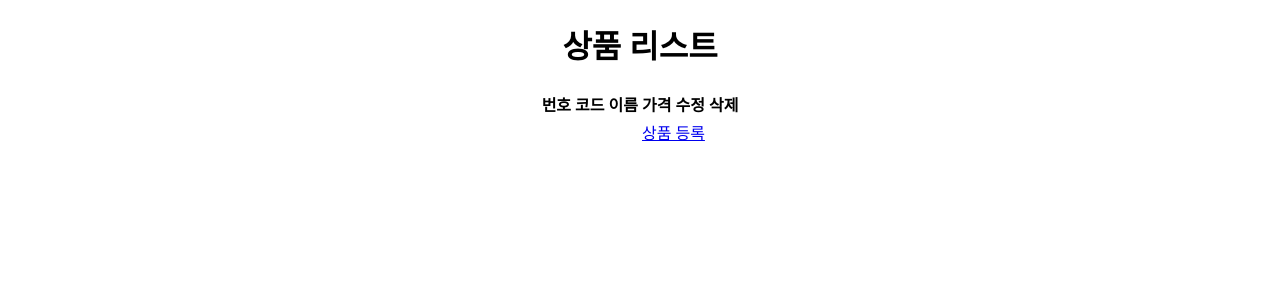
Repository: ghlcjf/home
Page: http://localhost/shoppingadmin/productList
The author's editor kept a copy of each file at every save. The page is drawn from the files as they stood at one save, then again after the next save.
The browser window is 1280 px wide. The pictures show the whole page.
The page is served by Tomcat 9. Queries for data that is not in the repository find no rows.

Above is the page before, as saved 2022-12-05 14:11:36.

After the next save:
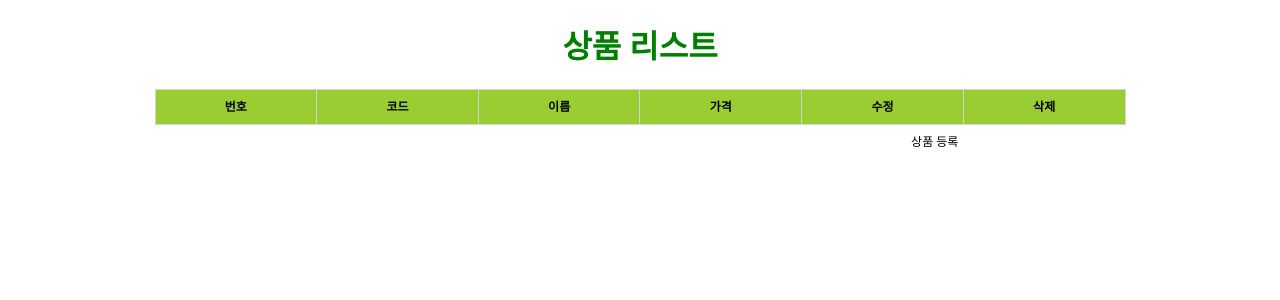
Saved 67 s later.
--- a/shoppingadmin/WebContent/product/productList.jsp
+++ b/shoppingadmin/WebContent/product/productList.jsp
@@ -6,6 +6,7 @@
 <head>
 <meta charset="UTF-8">
 <title>Insert title here</title>
+<link type="text/css" href="style/product.css" rel="stylesheet">
 </head>
 <body>
 
